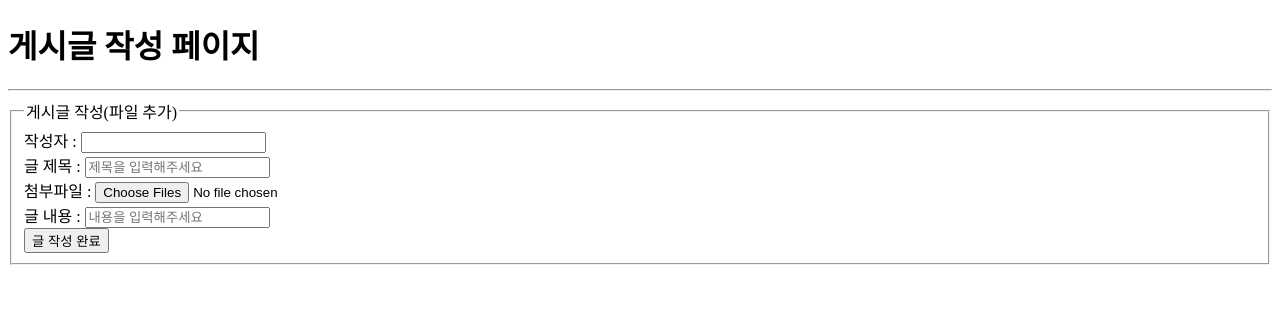
Repository: loseminho/khAcademy-Study
Page: http://localhost/02_SpringMVC_CRUD/boardWriteFrm2.do
The author's editor kept a copy of each file at every save. The page is drawn from the files as they stood at one save, then again after the next save.
The browser window is 1280 px wide. The pictures show the whole page.
The page is served by Tomcat 9.

Above is the page before, as saved 2022-10-04 06:49:46.

After the next save:
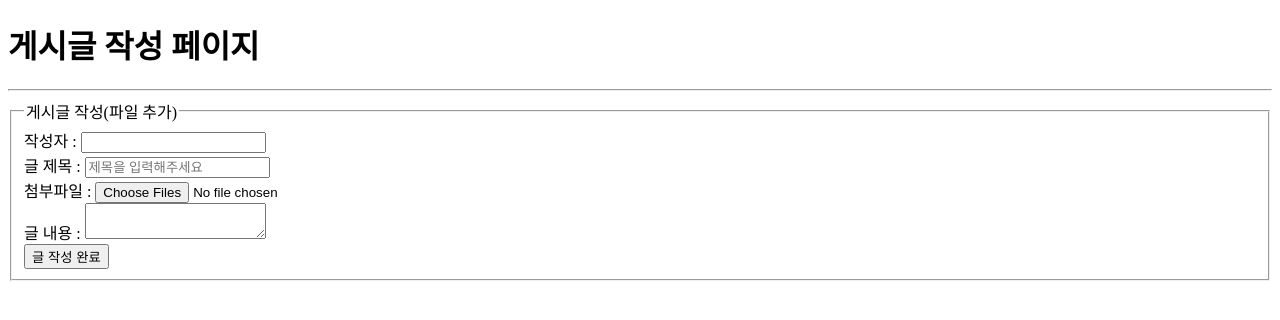
Saved 57 s later.
--- a/spring/workspace-sts-3.9.13.RELEASE/02_SpringMVC_CRUD/src/main/webapp/WEB-INF/views/board/boardWriteFrm2.jsp
+++ b/spring/workspace-sts-3.9.13.RELEASE/02_SpringMVC_CRUD/src/main/webapp/WEB-INF/views/board/boardWriteFrm2.jsp
@@ -19,7 +19,10 @@
 			<br>
 			첨부파일 : <input type="file" name="boardFile" multiple>
 			<br>
-			글 내용 : <input type="text" name="boardContent" placeholder = "내용을 입력해주세요">
+			글 내용 : <textarea name="boardContent"></textarea>
+			<!--
+			<input type="text" name="boardContent" placeholder = "내용을 입력해주세요">
+			 -->
 			<br>
 			<input type="submit" value="글 작성 완료">
 		</fieldset>
